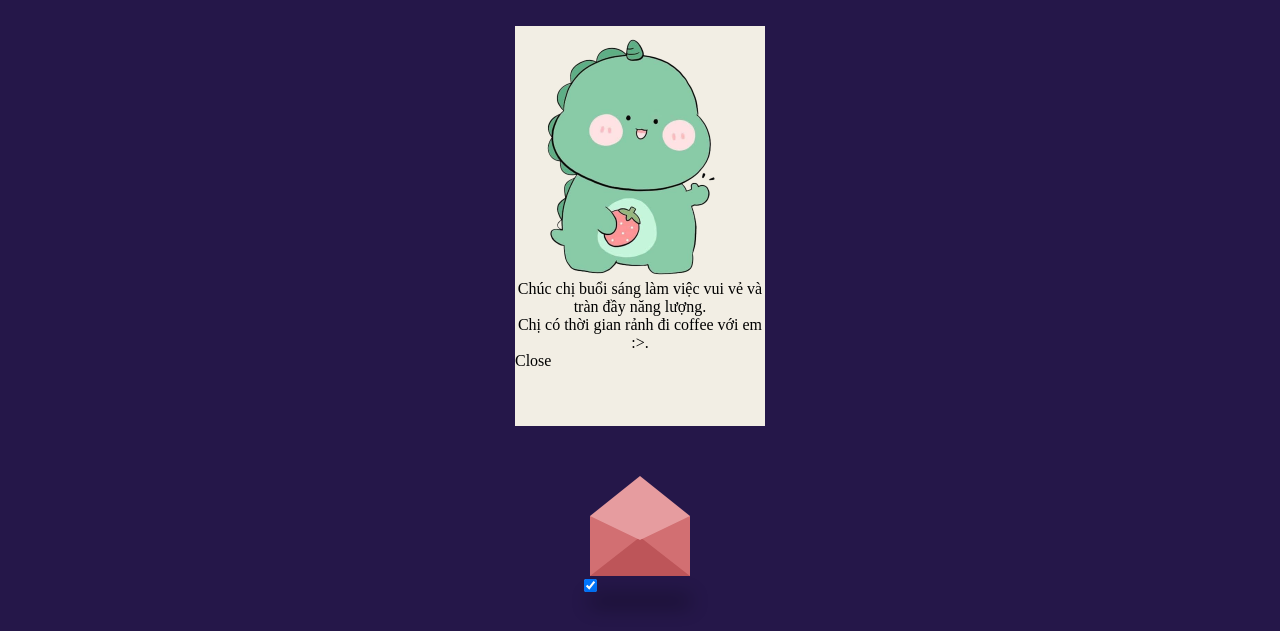
Repository: Dangtrinh28/letter
Page: index.html
These files come from the project's save history. The page is drawn as it stood at one moment and after a run of saves; the edit follows.
The browser window is 1280 px wide. The pictures show the whole page.
The first `input` is checked.

Above is the page before, as saved 2022-12-15 23:48:19.

After the next 2 saves:
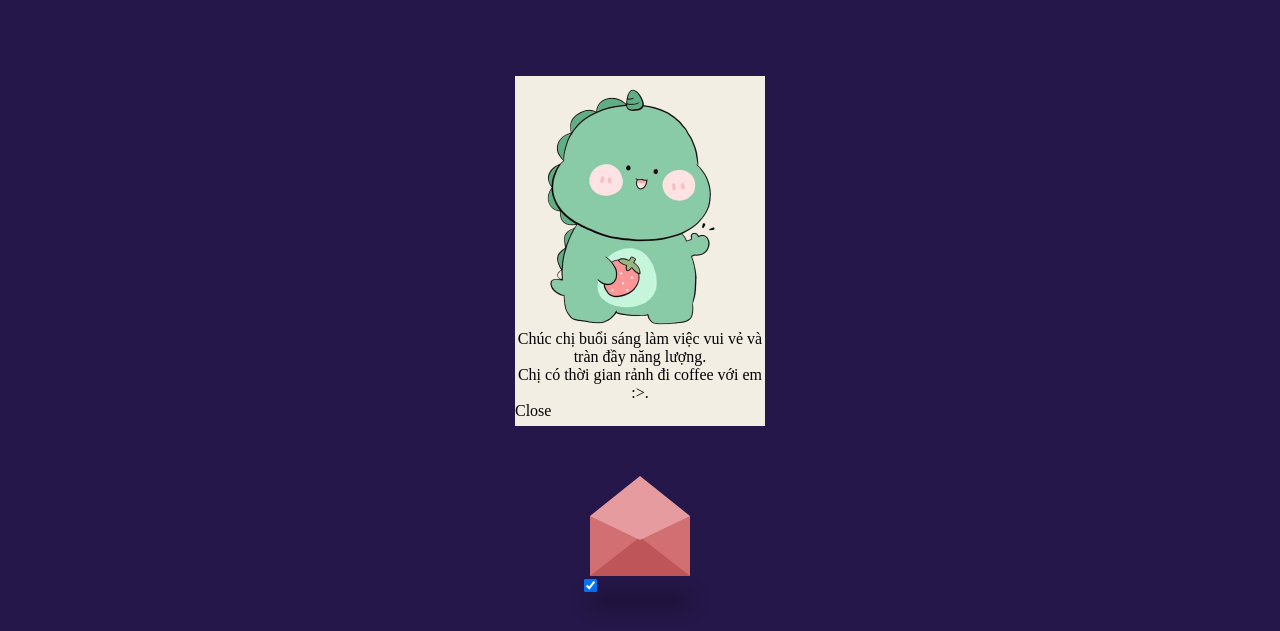
The 2 saves are shown as one change because they came seconds apart.
The last was saved 28 s later.
--- a/main.css
+++ b/main.css
@@ -78,7 +78,7 @@ input {
 input:checked ~ .content {
     bottom: 150px;
     width: 250px;
-    height: 400px;
+    height: 350px;
     margin: 0;
     left: 50%;
     transform: translate(-50%);
